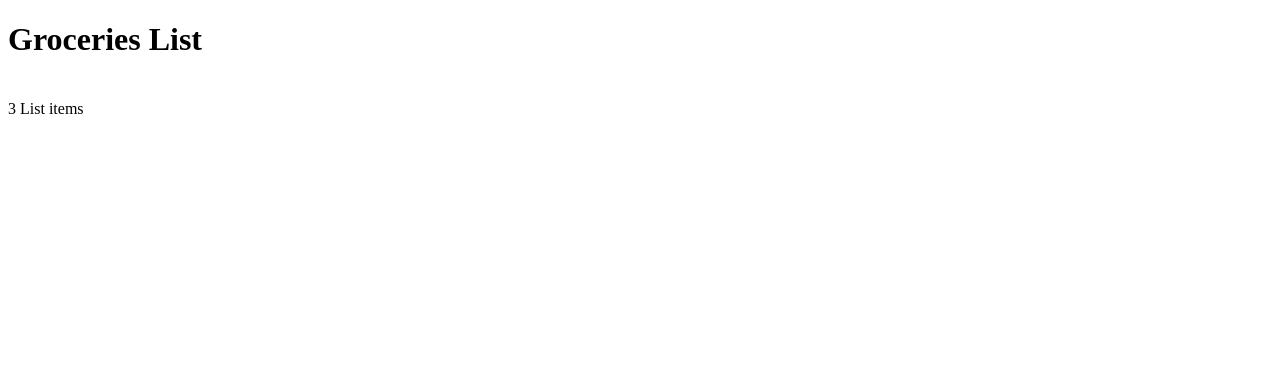
Repository: akinmiday/react-series
Page: /
An editor plug-in stored every save of this project. The page is shown before and after the next save, followed by the edit.
The browser window is 1280 px wide. The pictures show the whole page.
The project was rebuilt for these pictures with package versions that can differ from the ones it lists, and the page was loaded fresh each time. Also part of the build but not shown: vite.config.js, src/index.css.

Above is the page before, as saved 2023-08-21 19:52:35.

### src/App.jsx
import { useState } from 'react'
import './App.css'
import Content from './Content'
import Footer from './Footer'
import Header from './Header'

const App = () => {
  const [items, setItems] = useState([
    {
      id: 1,
      checked: false,
      item: "One half pound of Cocoa Covered Almonds Unsalted"
    },
    {
      id: 2,
      checked: false,
      item: "Item 2"
    },
    {
      id: 3,
      checked: false,
      item: "Item 3"

    }
  ])

  const handleCheck = (id) => {
    const listItems = items.map((item) => item.id === id ? { ...item, checked: !item.checked } : item)
    setItems(listItems)
    localStorage.setItem("shoppinglist", JSON.stringify(listItems))
  }

  const handleDelete = (id) => {
    const listItems = items.filter((item) => item.id !== id)
    setItems(listItems)
    localStorage.setItem("shoppinglist", JSON.stringify(listItems))
  }

  return (
    <>
      <Header title="Groceries List" />
      <Content
        items={items}
        handleCheck={handleCheck}
        handleDelete={handleDelete}
      />
      <Footer length={items.length} />
    </>
  )
}

export default App

### src/App.css
ul {
    width: 90%;
    list-style: none;
    padding: 0 0.25rem 0.25rem;
}

ul li::before{
    content: "\200B";
}

.item{
    display: flex;
    justify-content: flex-start;
    align-items: center;
    padding: 0.5rem 0 0.5rem 0.5rem;
    margin: 0.25rem 0;
    background-color: #eee;
}

.item input[type="checkbox"] {
    text-align: center;
    width: 2.5rem;
    width: 48px;
    min-width: 48px;
    height: 2.5rem;
    height: 48px;
    min-height: 48px;
    cursor: pointer;
    margin-right: 0.5rem;
}

.item input[type="checkbox"]:focus + label{
text-decoration: underline;
}

.item > label{
    font-size: 0.7rem;
    flex-grow: 1;
}

.item svg{
    width: 48px;
    min-width: 48px;
    height: 36px;
    font-size: 2px;
    color: steelblue;
    cursor: pointer;
}

.item svg:focus,
.item svg:hover{
    color: red;
    outline: none;
}

### src/Content.jsx
/* eslint-disable react/prop-types */

import ItemList from "./ItemList"


const Content = ({ items, handleCheck, handleDelete }) => {

    return (
        <>
            {items.length ? (
                <ItemList
                    items={items}
                    handleCheck={handleCheck}
                    handleDelete={handleDelete}
                />
            ) : (
                <p style={{ marginTop: '2rem' }} >Your List is empty</p >
            )}
        </>
    )
}

export default Content

### src/Footer.jsx
// eslint-disable-next-line react/prop-types
const Footer = ({ length }) => {

  return (
    <div>
      <p>{length} List {length <= 1 ? "item" : "items"}  </p>
    </div>
  )
}

export default Footer

### src/Header.jsx
// eslint-disable-next-line react/prop-types
const Header = ({ title }) => {
    return (
        <header>
            <h1>{title}</h1>
        </header>
    )
}

export default Header

### src/ItemList.jsx
/* eslint-disable react/prop-types */
import { FaTrashAlt } from "react-icons/fa"
const ItemList = ({ items, handleCheck, handleDelete }) => {
    return (
        <ul>
            {items.map((item) => (
                <div></div>
            ))}
        </ul>
    )
}

export default ItemList

### src/LineItem.jsx
/* eslint-disable react/prop-types */
import { FaTrashAlt } from "react-icons/fa"

const LineItem = ({ item, handleCheck, handleDelete }) => {
    return (
        <li className='item' key={item.id} >
            <input
                type='checkbox'
                checked={item.checked}
                onChange={() => handleCheck(item.id)}
            />
            <label
                style={(item.checked) ? { textDecoration: 'line-through' } : null}
                onDoubleClick={() => handleCheck(item.id)}
            >{item.item}</label>
            <FaTrashAlt
                onClick={() => handleDelete(item.id)}
                role='button'
                tabIndex="0"
            />
        </li>
    )
}

export default LineItem

Loaded but not shown: index.html (common file); src/main.jsx (common file)

After the next save:
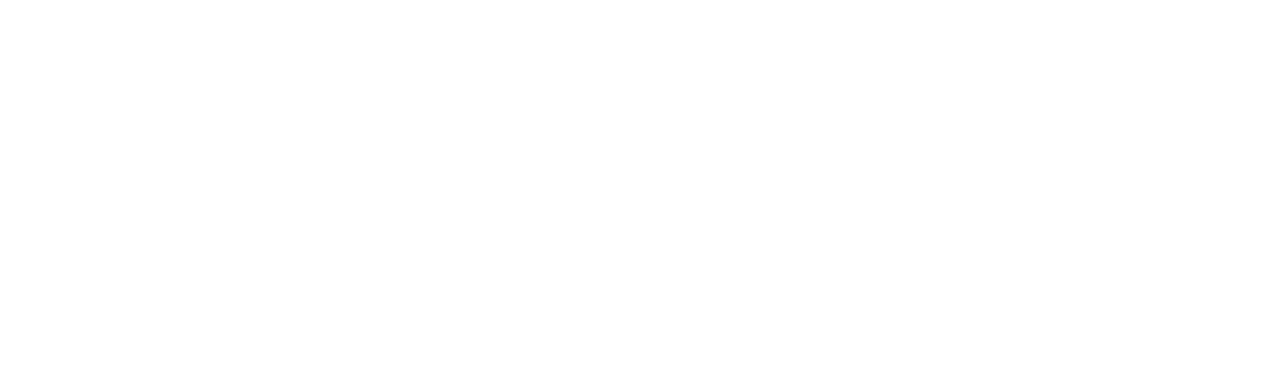
Console error: TypeError: Cannot read properties of undefined (reading 'checked')
Saved 42 s later.
--- a/src/ItemList.jsx
+++ b/src/ItemList.jsx
@@ -1,10 +1,11 @@
 /* eslint-disable react/prop-types */
 import { FaTrashAlt } from "react-icons/fa"
+import LineItem from "./LineItem"
 const ItemList = ({ items, handleCheck, handleDelete }) => {
     return (
         <ul>
             {items.map((item) => (
-                <div></div>
+                <LineItem />
             ))}
         </ul>
     )

After the save that followed:
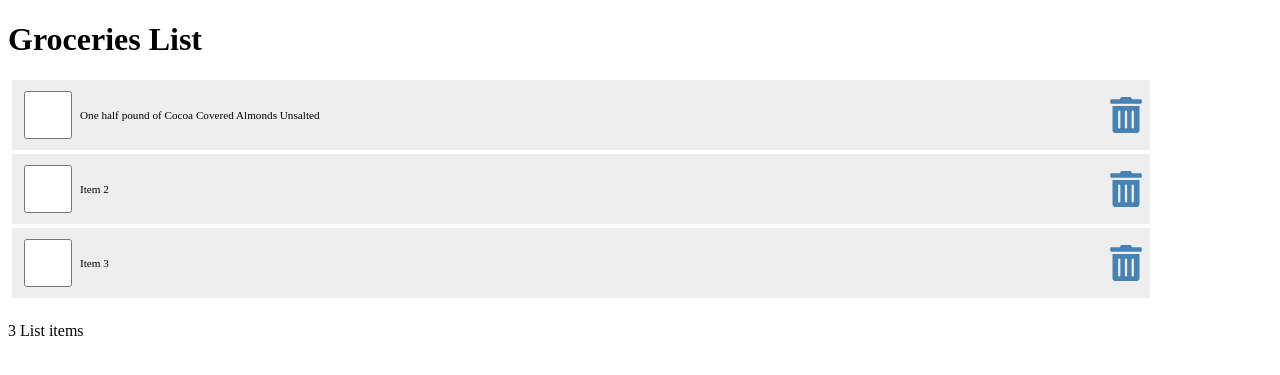
The error is gone.
Saved 51 s later.
--- a/src/ItemList.jsx
+++ b/src/ItemList.jsx
@@ -1,11 +1,16 @@
 /* eslint-disable react/prop-types */
 import { FaTrashAlt } from "react-icons/fa"
 import LineItem from "./LineItem"
+
 const ItemList = ({ items, handleCheck, handleDelete }) => {
     return (
         <ul>
             {items.map((item) => (
-                <LineItem />
+                <LineItem
+                    item={item}
+                    handleCheck={handleCheck}
+                    handleDelete={handleDelete}
+                />
             ))}
         </ul>
     )
